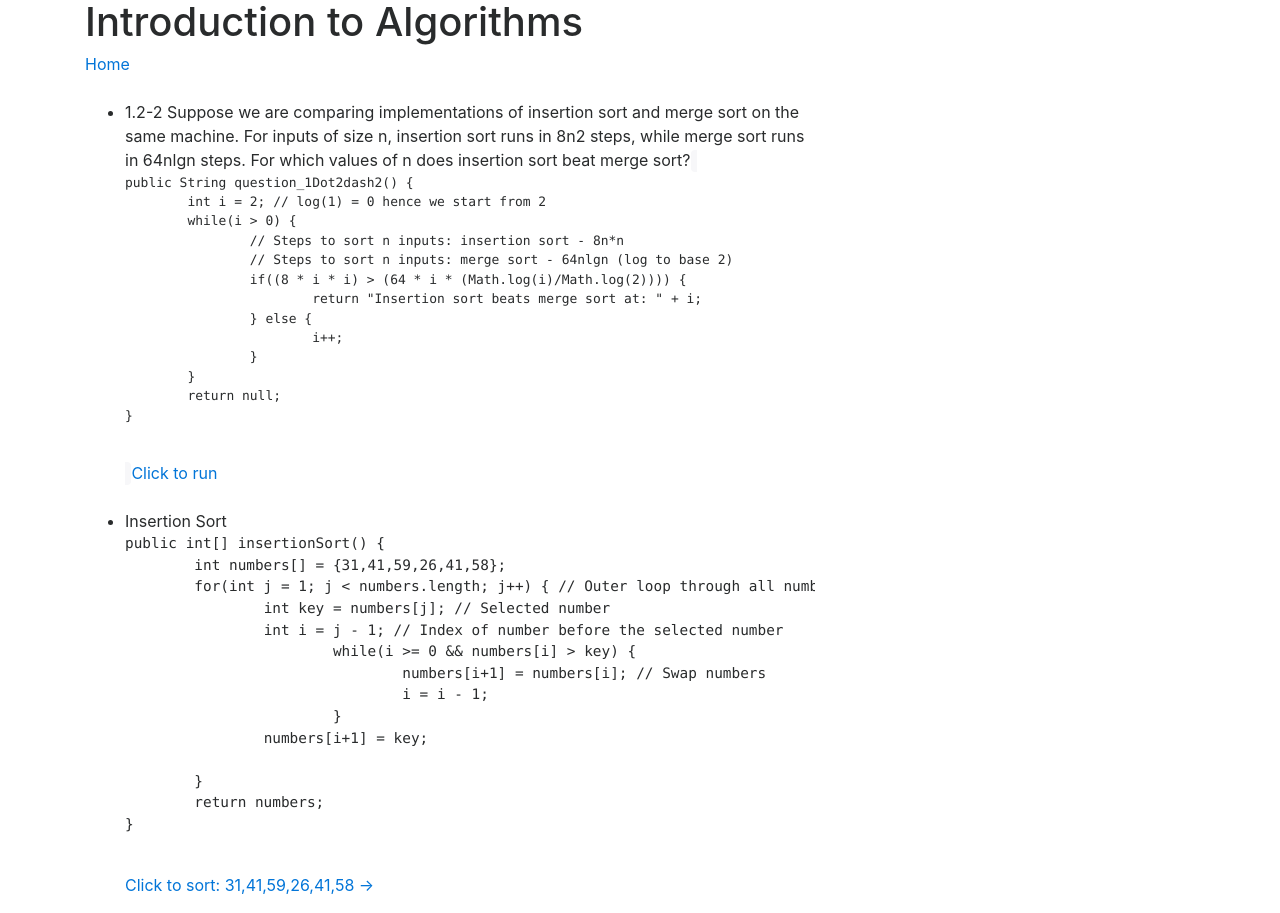
Repository: baltejas/algorithms
Page: http://localhost/algorithms/WEB-INF/views/index.jsp
An editor plug-in stored every save of this project. The page is shown before and after the next save, followed by the edit.
The browser window is 1280 px wide. The pictures show the whole page.
The page is served by Tomcat 9. Nobody is signed in. The template is opened directly, without the code that normally fills it, so the values that code supplies are empty.

Above is the page before, as saved 2017-05-07 00:43:41.

After the next save:
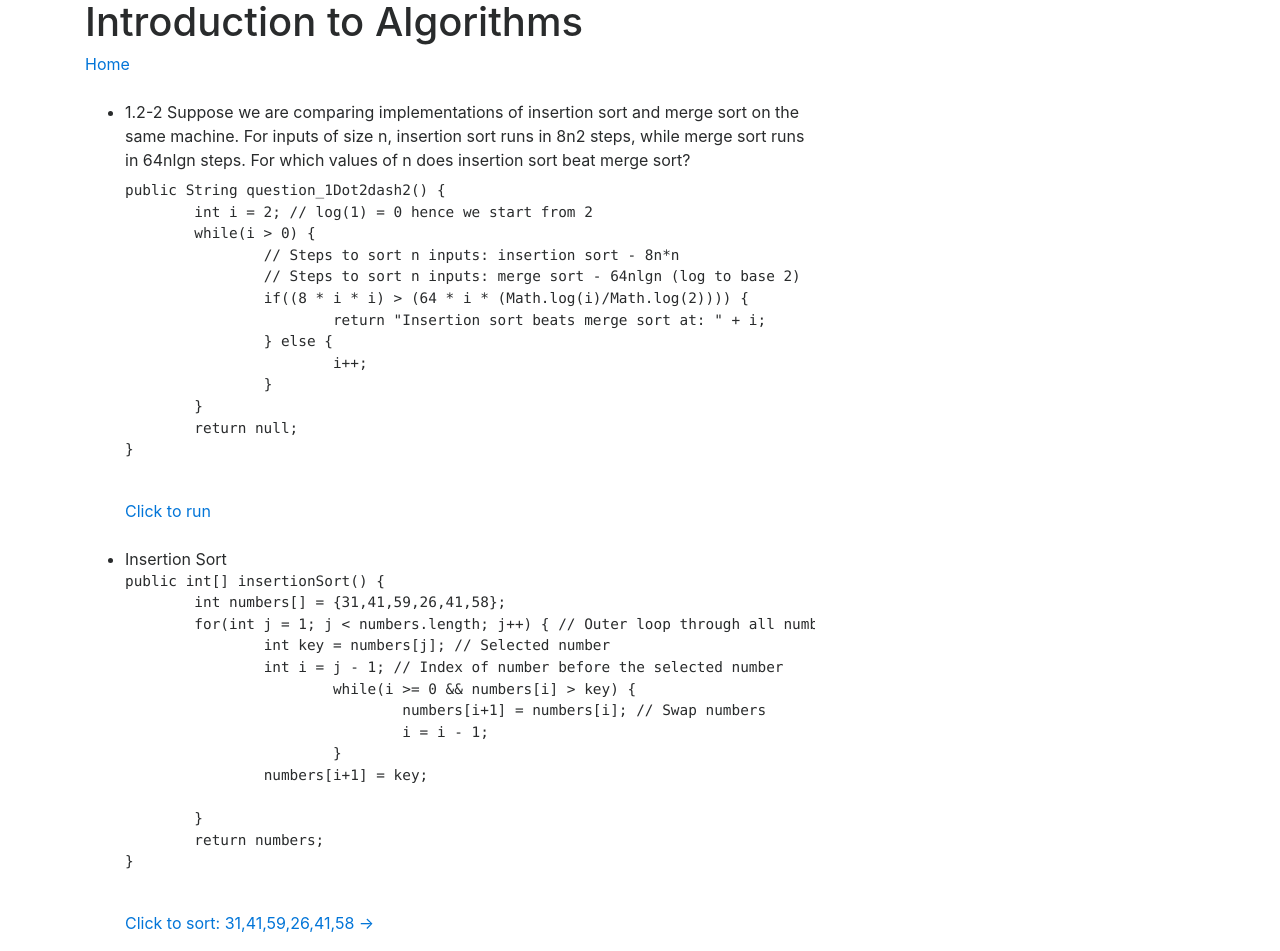
Saved 25 s later.
--- a/algorithms/src/main/webapp/WEB-INF/views/index.jsp
+++ b/algorithms/src/main/webapp/WEB-INF/views/index.jsp
@@ -12,7 +12,7 @@
 						<li>1.2-2 Suppose we are comparing implementations of insertion sort and merge sort on the same machine.
 							For inputs of size n, insertion sort runs in 8n2 steps, while merge sort runs in 64nlgn steps.
 							For which values of n does insertion sort beat merge sort?
-								<code class="mt-4"><pre>
+								<div class="mt-2"><pre>
 public String question_1Dot2dash2() {
 	int i = 2; // log(1) = 0 hence we start from 2
 	while(i > 0) {
@@ -26,7 +26,7 @@ public String question_1Dot2dash2() {
 	}
 	return null;
 }
-								</pre></code>
+								</pre></div>
 						<a href="/algorithms/question_1Dot2dash2">Click to run</a>
 						<label>${answer}</label>
 						</li>
